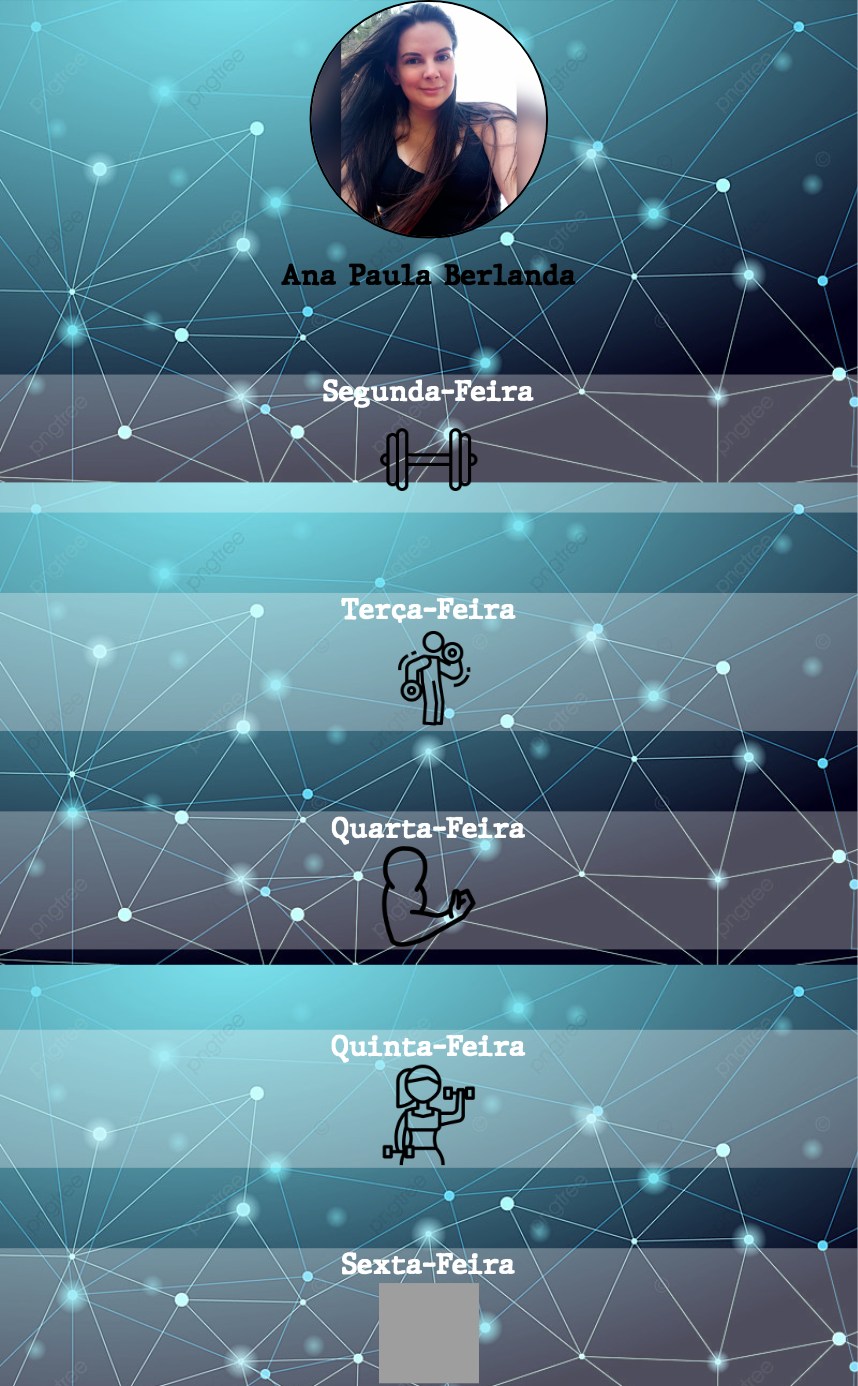
Repository: AnaBerlanda/AppAcademia
Page: index2.html
The author's editor kept a copy of each file at every save. The page is drawn from the files as they stood at one save, then again after the next save.
The browser window is 1280 px wide. The pictures show the whole page, at 67% of full size.
Pictures or frames that could not be fetched are drawn as grey boxes. Backgrounds fixed to the window are drawn as part of the page.

Above is the page before, as saved 2022-02-07 17:32:55.

### index2.html
<!DOCTYPE html>
<html lang="pt-br">

<head>
    <meta charset="utf-8" />
    <title>App Academia</title>
    <style>
        body{
            text-align: center;
            height: 100%;
            margin: 0;
            background-image: url("img/fundo2.jpg");
            background-repeat: no-repeat;
            background-size: cover;
            background-attachment: fixed;

        }
        #redonda{
            width: 350px;
            height: 350px;
            border-radius: 50%;
            border: 3px solid black;
        }
        @font-face{
            font-family: 'JMH';
            src: url('font/JMH.ttf') format('opentype');
        }
        .link-semana .diadasemana{
            font-family: 'JMH';
            font-size: 40px;
            border-radius: 20%;

        }

        .link-semana {
            margin-top: 120px;
            display: block;
            text-decoration: none;
            color: rgb(255, 255, 255);
            background-color: rgba(255,255,255,0.3);

        }
        .link-semana img {
            width: 150px;
            height: 150px;

        }

        .link-da-ana {
            background-color: rgba(143, 61, 190, .6);
            border-radius: 50%;
            width: 140px;
            height: 140px;
            padding: 30px;
        }
        .link-da-ana:hover {
            background-color: rgba(143, 61, 190, 1);
        }
        h1 {
            font-size: 40px;
            font-family: 'JMH';
            color: black;


        }
    </style>
</head>
<body>
    <img id="redonda" src="img/ana.jpg" alt="Foto da Ana">
    <h1> Ana Paula Berlanda </h1>
    <div class="pagina">
        <div class="posts">
            <div class="post">
                <div class="links-semana">
                    <a class="link-semana" href="#">
                        <div class="diadasemana">Segunda-Feira</div>
                        <div class="imagem">
                            <img src="img/Icone-pessoa-malhando-Png.png">
                        </div>
                    </a>

                    <a class="link-semana" href="#">
                        <div class="diadasemana">Terça-Feira</div>
                        <div class="imagem">
                            <img src="img/vv.png">
                        </div>
                    </a>

                    <a class="link-semana" href="#">
                        <div class="diadasemana">Quarta-Feira</div>
                        <div class="imagem">
                            <img src="img/aa.png">
                        </div>
                    </a>

                    <a class="link-semana" href="#">
                        <div class="diadasemana">Quinta-Feira</div>
                        <div class="imagem">
                            <img src="img/fff.png">
                        </div>
                    </a>

                    <a class="link-semana" href="#">
                        <div class="diadasemana">Sexta-Feira</div>
                        <div class="imagem">
                            <img src="img/oooo.png">
                        </div>
                    </a>
                </div>



            </div>

    </div>

    </div>











</body>
</html>

After the next save:
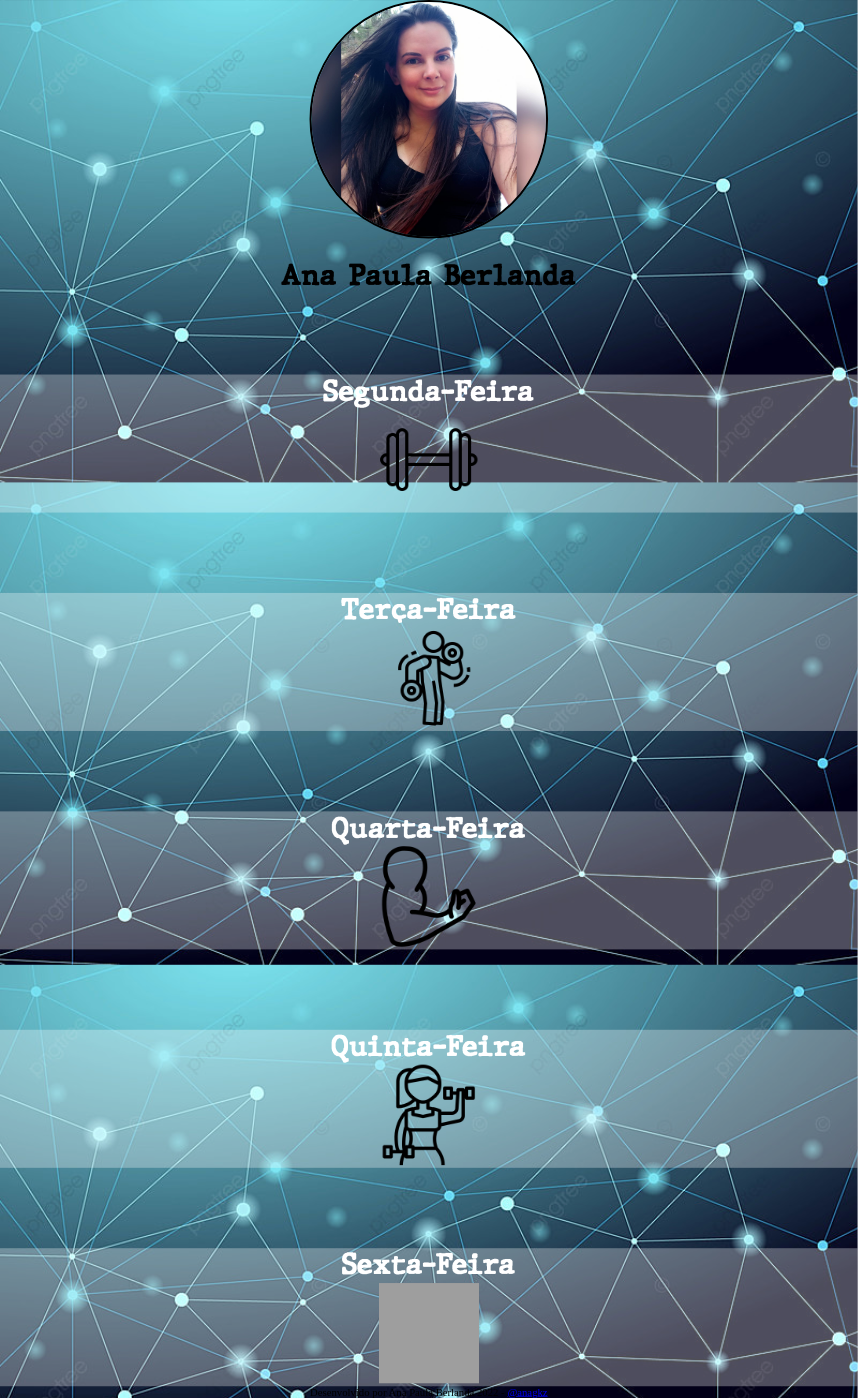
Saved 87 s later.
--- a/index2.html
+++ b/index2.html
@@ -115,6 +115,8 @@
     </div>
 
     </div>
+    <footer class="rodape"> Desenvolvido por Ana Paula Berlanda 2022 - <a href="https://www.instagram.com/anagkz/" target="_blank">@anagkz</a>
+    </footer>
 
 
 
